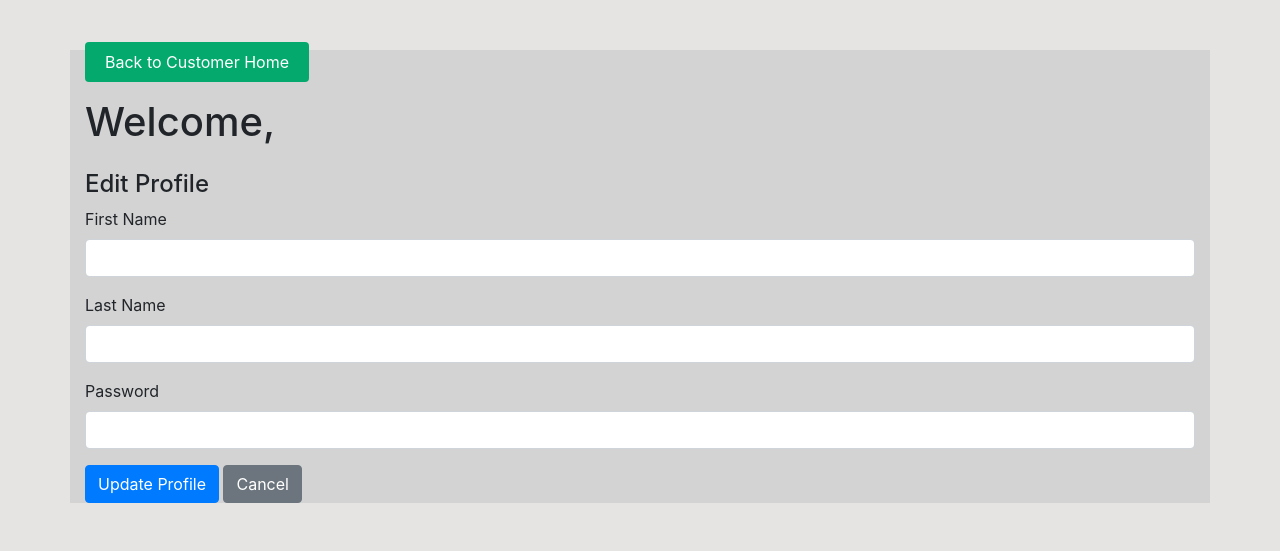
Repository: SuyashAwasthy/Javaee
Page: http://localhost/13-bank-application-mvc/editProfile.jsp
These files come from the project's save history. The page is drawn as it stood at one moment and after the next save; the edit follows.
The browser window is 1280 px wide. The pictures show the whole page.
Some web libraries are served in a nearby version. The page is served by Tomcat 9. Other server files are loaded and not shown. The template is opened directly, without the code that normally fills it, so the values that code supplies are empty.

Above is the page before, as saved 2024-07-22 16:00:21.

### 13-bank-application-mvc/WebContent/editProfile.jsp
<%@ page language="java" contentType="text/html; charset=UTF-8"
    pageEncoding="UTF-8"%>
<!DOCTYPE html>
<html lang="en">
<head>
    <meta charset="UTF-8">
    <meta name="viewport" content="width=device-width, initial-scale=1.0">
    <title>Edit Profile</title>
    <link rel="stylesheet" href="https://stackpath.bootstrapcdn.com/bootstrap/4.5.2/css/bootstrap.min.css">
    <link rel="stylesheet" href="css/styles.css">
<style>
.container {
	margin-top: 50px;
}

.table {
	margin-top: 20px;
}
</style>
</head>
<body>
    <div class="container">
        <a href="user" class="button">Back to Customer Home</a>

        <h1 class="my-4">Welcome, ${customerName}</h1>
        <h4>Edit Profile</h4>

        <form action="user" method="get">
            <div class="form-group">
                <label for="first_name">First Name</label>
                <input type="text" class="form-control" id="first_name" name="first_name" required>
            </div>
            <div class="form-group">
                <label for="last_name">Last Name</label>
                <input type="text" class="form-control" id="last_name" name="last_name" required>
            </div>
            <div class="form-group">
                <label for="password">Password</label>
                <input type="password" class="form-control" id="password" name="password">
            </div>
            <button type="submit" class="btn btn-primary">Update Profile</button>
            <button type="button" class="btn btn-secondary btn-cancel" onclick="window.location.href='customerHome.jsp'">Cancel</button>
        </form>
    </div>

    <script src="https://code.jquery.com/jquery-3.5.1.slim.min.js"></script>
    <script src="https://cdn.jsdelivr.net/npm/@popperjs/core@2.5.4/dist/umd/popper.min.js"></script>
    <script src="https://stackpath.bootstrapcdn.com/bootstrap/4.5.2/js/bootstrap.min.js"></script>
</body>
</html>

### 13-bank-application-mvc/WebContent/css/styles.css
body {
    background-color: #E5E4E2;
}


.container {
    background-color: #D3D3D3;
}

.button {
	margin-top: 10px;
  	padding: 10px 20px;
    background-color: #04AA6D;
    color: white;
    border: none;
    border-radius: 4px;
    font-size: 16px;
    cursor: pointer;
    transition: background-color 0.3s ease;

}

.button:hover {
    background-color: #45a049;
}

.date-form {
    margin-bottom: 20px;
    justify-content: center;
    align-items: center;
    display: flex;
}

.date-form label {
    margin-right: 10px;
    font-weight: bold;
    color: #333;
}

.date-form input[type="date"] {
    margin-right: 10px;
    padding: 5px;
    border-radius: 4px;
    border: 1px solid #ccc;
}

.date-form .btn {
    padding: 10px 20px;
    background-color: #04AA6D;
    color: white;
    border: none;
    border-radius: 4px;
    font-size: 16px;
    cursor: pointer;
    transition: background-color 0.3s ease;
}

.date-form .btn:hover {
    background-color: #45a049;
}

.search-form {
    margin-bottom: 20px;
    display: flex;
    justify-content: center;
    align-items: center;
}

.search-form label {
    margin-right: 10px;
    font-weight: bold;
    color: #333;
}

.search-form select,
.search-form input[type="text"] {
    margin-right: 10px;
    padding: 5px;
    border-radius: 4px;
    border: 1px solid #ccc;
    font-size: 14px;
    width: 200px;
}

.search-form .btn {
    padding: 10px 20px;
    background-color: #04AA6D;
    color: white;
    border: none;
    border-radius: 4px;
    font-size: 16px;
    cursor: pointer;
    transition: background-color 0.3s ease;
}

.search-form .btn:hover {
    background-color: #45a049;
}

After the next save:
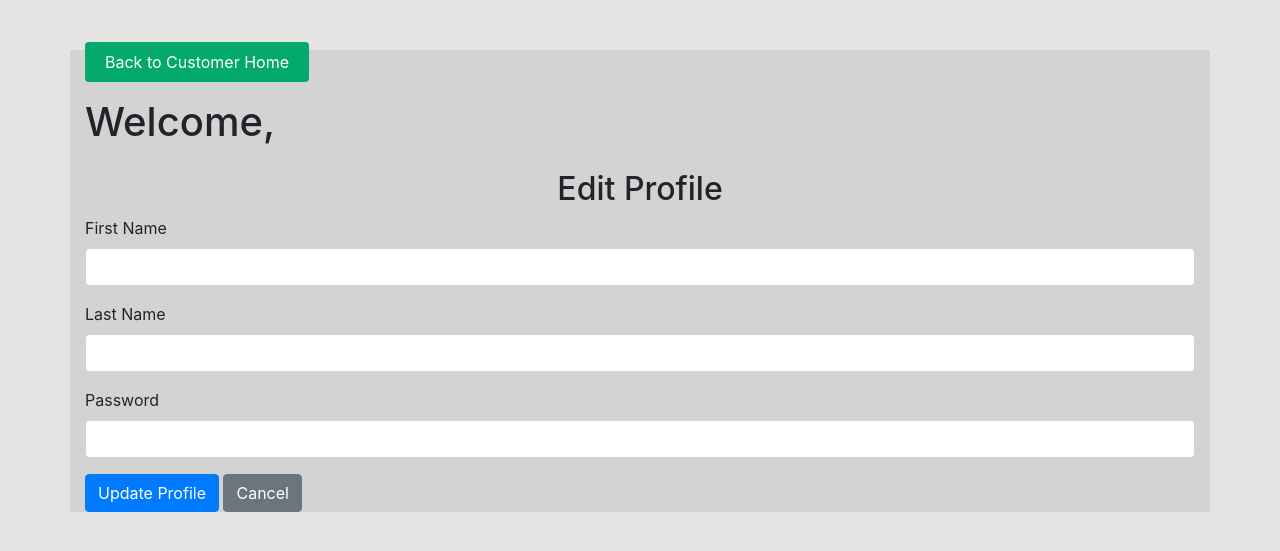
Saved 49 s later.
--- a/13-bank-application-mvc/WebContent/editProfile.jsp
+++ b/13-bank-application-mvc/WebContent/editProfile.jsp
@@ -23,7 +23,7 @@
         <a href="user" class="button">Back to Customer Home</a>
 
         <h1 class="my-4">Welcome, ${customerName}</h1>
-        <h4>Edit Profile</h4>
+        <h2 class="text-center">Edit Profile</h2>
 
         <form action="user" method="get">
             <div class="form-group">
